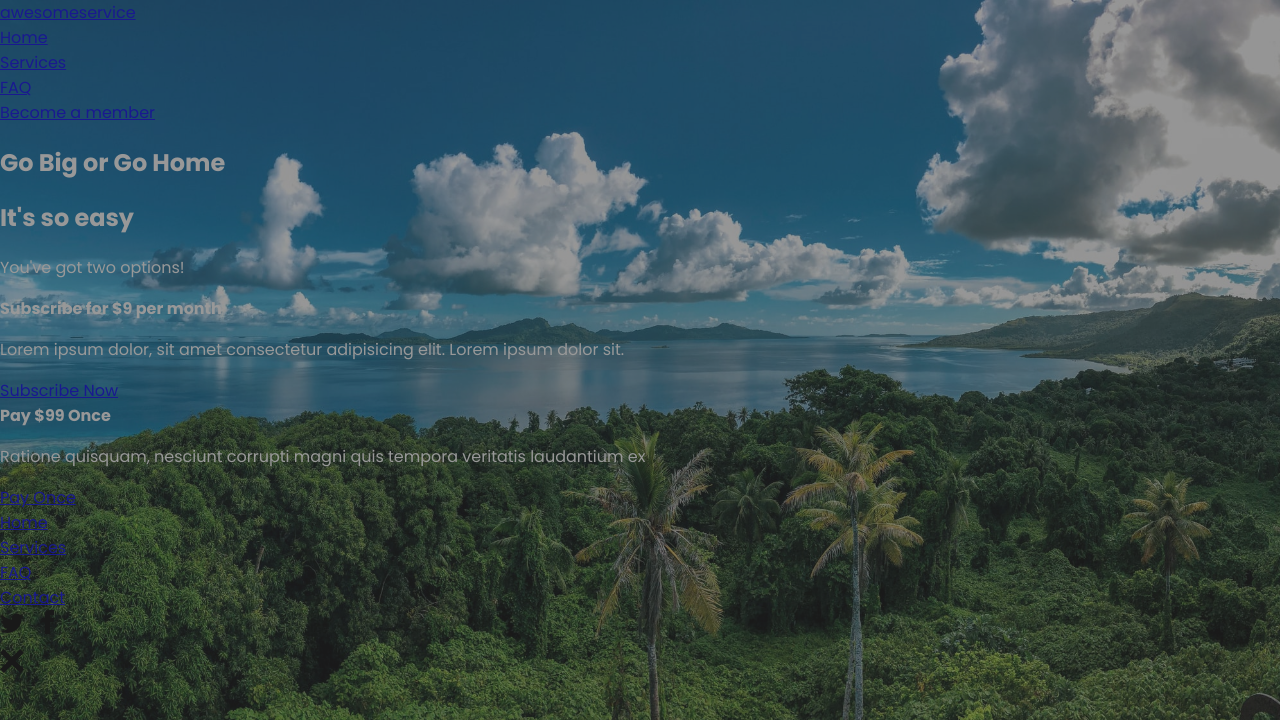
Repository: Hyperion72R/Animated-Navigation
Page: index.html
An editor plug-in stored every save of this project. The page is shown before and after a run of saves, followed by the edit.
The browser window is 1280 px wide. The pictures show the whole page.
The style sheet was rebuilt from its Sass, Less or Tailwind sources for each picture, by a compiler version that may differ from the author's.

Above is the page before, as saved 2021-08-14 16:12:33.

### index.html
<!DOCTYPE html>
<html lang="en">
  <head>
    <meta charset="UTF-8" />
    <meta http-equiv="X-UA-Compatible" content="IE=edge" />
    <meta name="viewport" content="width=device-width, initial-scale=1.0" />
    <title>Document</title>
    <link rel="stylesheet" href="css/main.css" />
  </head>
  <body>
    <header>
      <a href="#" class="logo">awesomeservice</a>

      <nav>
        <ul>
          <li><a href="#">Home</a></li>
          <li><a href="#">Services</a></li>
          <li><a href="#">FAQ</a></li>
          <li class="active"><a href="#">Become a member</a></li>
        </ul>
      </nav>
    </header>

    <section>
      <h1>Go Big or Go Home</h1>
    </section>

    <div class="overlay">
      <div class="left">
        <h2>It's so easy</h2>
        <p>You've got two options!</p>

        <div class="cards">
          <div class="card">
            <strong>Subscribe for $9 per month</strong>
            <p>
              Lorem ipsum dolor, sit amet consectetur adipisicing elit. Lorem
              ipsum dolor sit.
            </p>
            <a href="#" class="cta">Subscribe Now</a>
          </div>

          <div class="card">
            <strong>Pay $99 Once</strong>
            <p>
              Ratione quisquam, nesciunt corrupti magni quis tempora veritatis
              laudantium ex
            </p>
            <a href="#" class="cta pay-once">Pay Once</a>
          </div>
        </div>
      </div>

      <div class="middle">
        <ul class="secondary">
          <li><a href="#">Home</a></li>
          <li><a href="#">Services</a></li>
          <li><a href="#">FAQ</a></li>
          <li><a href="#">Contact</a></li>
        </ul>

        <div class="social-nav">
          <a href="" class="twitter"
            ><svg
              xmlns="http://www.w3.org/2000/svg"
              width="32"
              height="32"
              viewBox="0 -1.15 32 32"
            >
              <path
                d="M24 4.557c-.883.392-1.832.656-2.828.775 1.017-.609 1.798-1.574 2.165-2.724-.951.564-2.005.974-3.127 1.195-.897-.957-2.178-1.555-3.594-1.555-3.179 0-5.515 2.966-4.797 6.045-4.091-.205-7.719-2.165-10.148-5.144-1.29 2.213-.669 5.108 1.523 6.574-.806-.026-1.566-.247-2.229-.616-.054 2.281 1.581 4.415 3.949 4.89-.693.188-1.452.232-2.224.084.626 1.956 2.444 3.379 4.6 3.419-2.07 1.623-4.678 2.348-7.29 2.04 2.179 1.397 4.768 2.212 7.548 2.212 9.142 0 14.307-7.721 13.995-14.646.962-.695 1.797-1.562 2.457-2.549z"
              /></svg
          ></a>
          <a href="" class="facebook"
            ><svg
              xmlns="http://www.w3.org/2000/svg"
              width="32"
              height="32"
              viewBox="0 0 32 32"
            >
              <path
                d="M9 8h-3v4h3v12h5v-12h3.642l.358-4h-4v-1.667c0-.955.192-1.333 1.115-1.333h2.885v-5h-3.808c-3.596 0-5.192 1.583-5.192 4.615v3.385z"
              /></svg
          ></a>
        </div>
      </div>

      <div class="right">
        <svg
          class="exit"
          xmlns="http://www.w3.org/2000/svg"
          width="58"
          height="58"
          viewBox="0 0 58 58"
        >
          <path
            d="M24 20.188l-8.315-8.209 8.2-8.282-3.697-3.697-8.212 8.318-8.31-8.203-3.666 3.666 8.321 8.24-8.206 8.313 3.666 3.666 8.237-8.318 8.285 8.203z"
          />
        </svg>
      </div>
    </div>
  </body>
</html>

### css/main.scss
@import url("https://fonts.googleapis.com/css2?family=Poppins:ital,wght@0,400;0,500;0,600;0,700;0,800;0,900;1,400;1,500;1,600;1,700;1,800;1,900&display=swap");

*,
*:before,
*::after {
  box-sizing: border-box;
}

body::after {
  content: "";
  display: block;
  width: 100%;
  //   height: 108%;
  height: 100%;
  background-color: rgba(51, 51, 51, 0.5);
  position: absolute;
  top: 0;
  left: 0;
  right: 0;
  bottom: 0;
}

body {
  height: 100vh;
  //   background: #8000ff url("../assets/images/bg.jpg");
  //   background: linear-gradient(rgba(4, 230, 168, 0.8), rgba(44, 189, 230, 0.8)),
  //     url("../assets/images/bg.jpg");
  background: url("../assets/images/bg.jpg");
  background-size: cover;
  color: white;
  font-family: "Poppins";
  margin: 0;
  //   overflow: hidden;
  background-repeat: no-repeat;
}

ul {
  list-style-type: none;
  margin: 0;
  padding: 0;
}

section,
header {
}

.overlay {
  //   display: none;
}

After the next 2 saves:
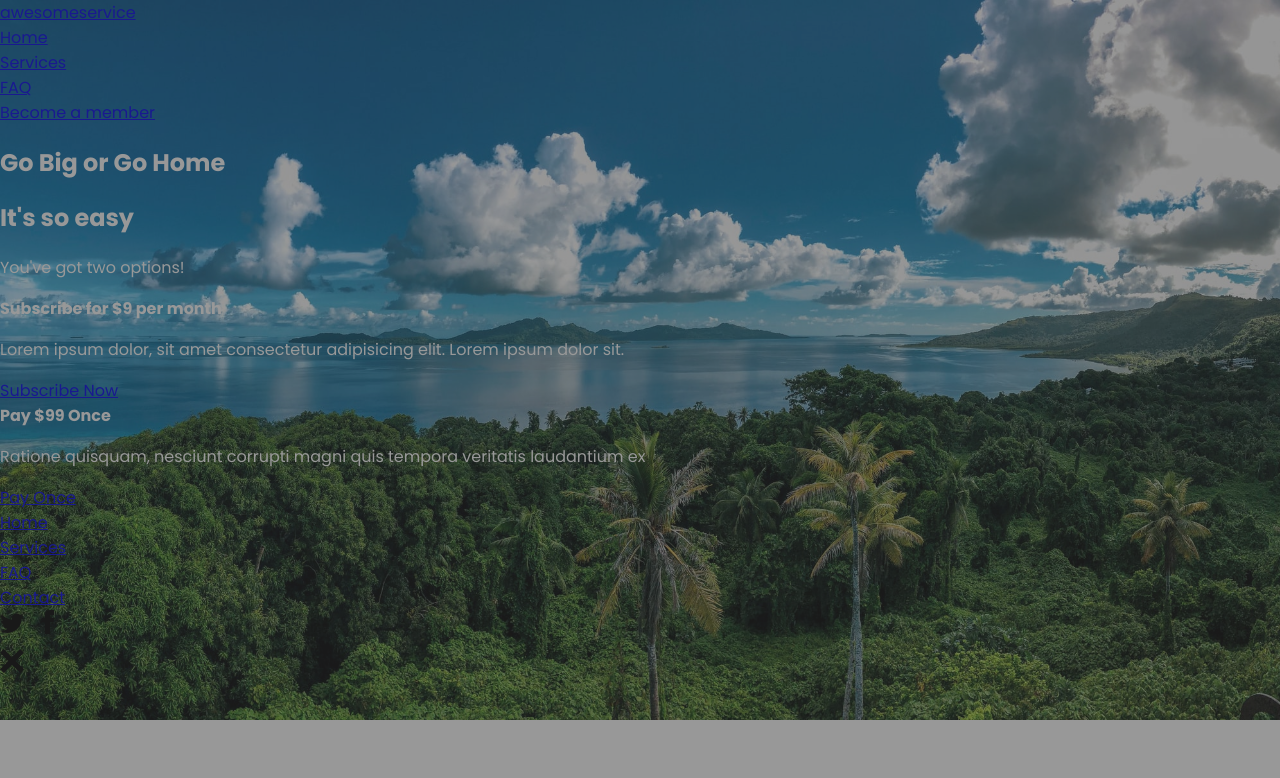
The 2 saves are shown as one change because they came seconds apart.
The last was saved 2 min 10 s later.
--- a/css/main.scss
+++ b/css/main.scss
@@ -10,8 +10,8 @@ body::after {
   content: "";
   display: block;
   width: 100%;
-  //   height: 108%;
-  height: 100%;
+  height: 108%;
+  //   height: 100%;
   background-color: rgba(51, 51, 51, 0.5);
   position: absolute;
   top: 0;
